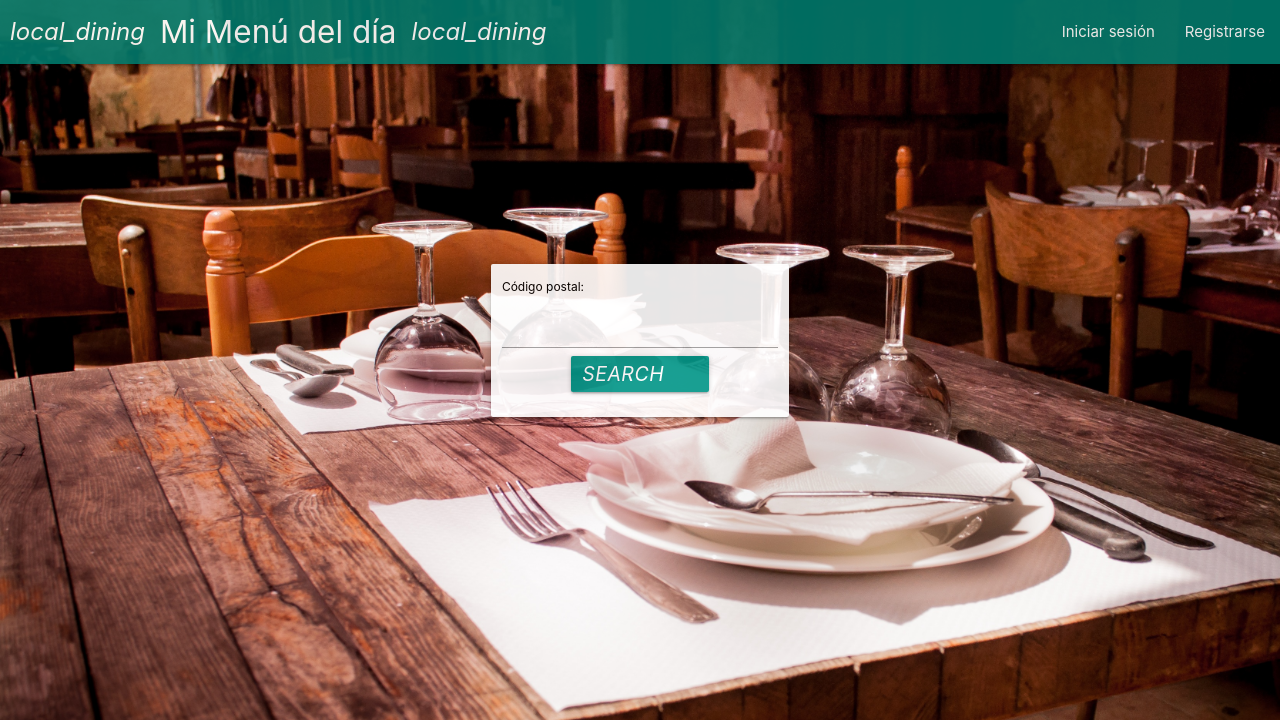
Repository: ixtab/ProyectoJavaRestaurante
Page: http://localhost/MiMenu/
These files come from the project's save history. The page is drawn as it stood at one moment and after the next save; the edit follows.
The browser window is 1280 px wide. The pictures show the whole page.
The page is served by Tomcat 9.

Above is the page before, as saved 2019-03-17 22:46:35.

After the next save:
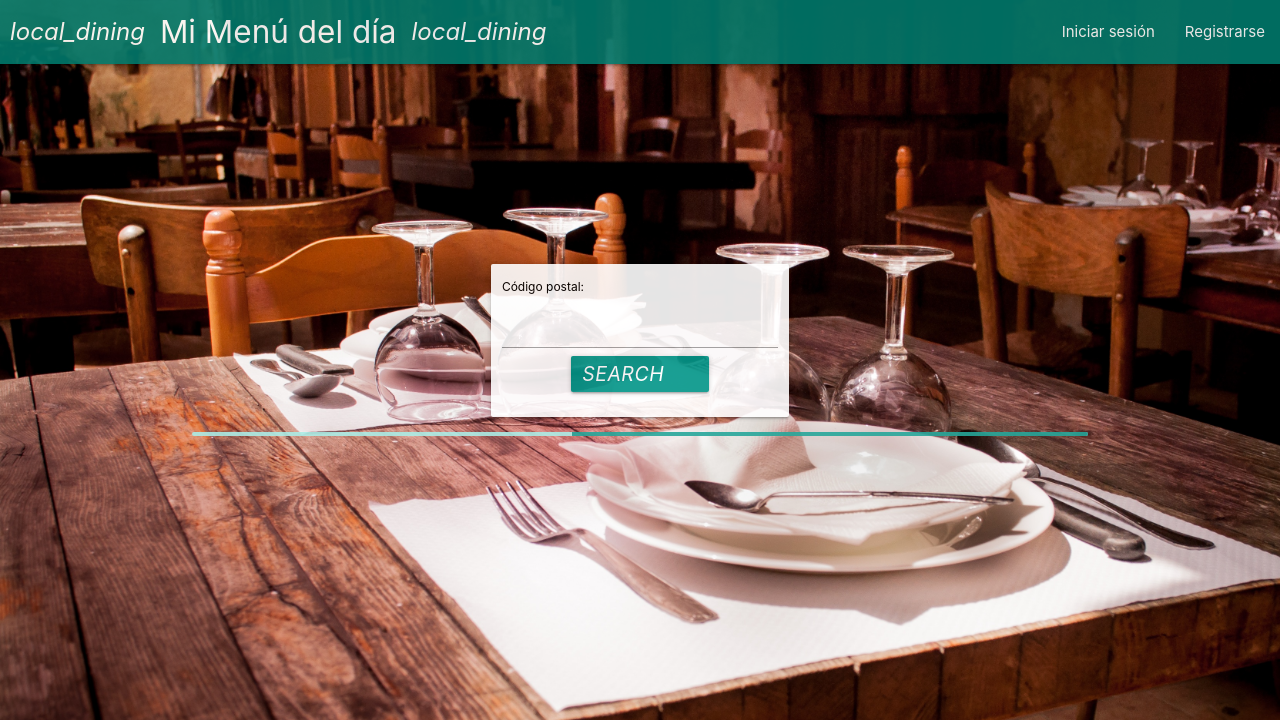
Saved 2 min 0 s later.
--- a/MiMenu/WebContent/index.jsp
+++ b/MiMenu/WebContent/index.jsp
@@ -33,6 +33,7 @@
 				<a class=" margen-inferior waves-effect waves-light btn teal col s6 offset-s3 hoverable" onclick="buscar()"><i class="material-icons left">search</i>Buscar</a>
 			</form>
 		</div>
+		<div class="progress"><div class="indeterminate"></div></div>
 
 		<div id="cont2" class=" card-panel col s8 offset-s2">
 		</div>

After the 5 saves that followed:
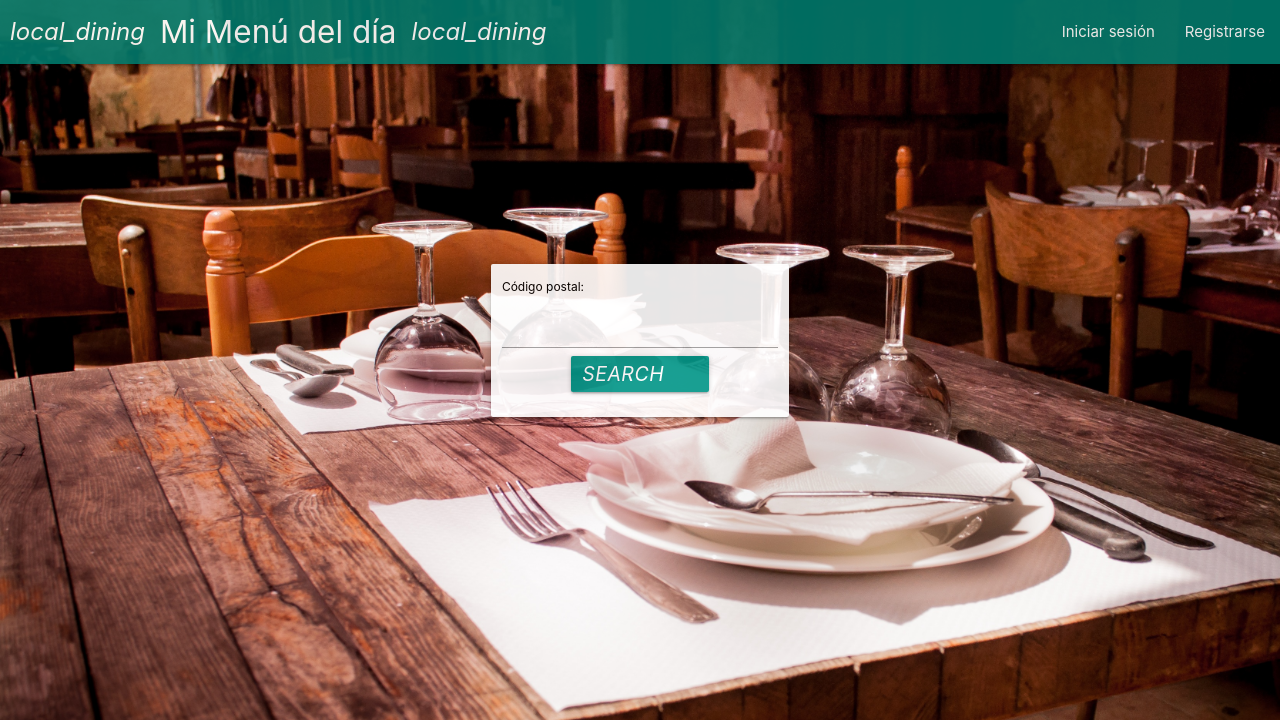
The 5 saves are shown as one change because 3 left the picture as it was and some came seconds apart.
The last was saved 85 s later.
--- a/MiMenu/WebContent/index.jsp
+++ b/MiMenu/WebContent/index.jsp
@@ -33,7 +33,7 @@
 				<a class=" margen-inferior waves-effect waves-light btn teal col s6 offset-s3 hoverable" onclick="buscar()"><i class="material-icons left">search</i>Buscar</a>
 			</form>
 		</div>
-		<div class="progress"><div class="indeterminate"></div></div>
+		<div id = "progreso" class="progress"><div class="indeterminate"></div></div>
 
 		<div id="cont2" class=" card-panel col s8 offset-s2">
 		</div>
--- a/MiMenu/WebContent/css/style.css
+++ b/MiMenu/WebContent/css/style.css
@@ -32,9 +32,10 @@ label {
 .brand-logo {
 	padding-left: 10px !important;
 }
-#cont2{
+#cont2, #progreso{
 	display: none;
 }
+
 
 .byn{
 	color: white;
--- a/MiMenu/WebContent/js/script.js
+++ b/MiMenu/WebContent/js/script.js
@@ -7,7 +7,7 @@ function inicio(){
 function buscar(){
 
     var cp = document.getElementById("cp").value;
-    document.getElementById("consulta").innerHTML="<div class=\"progress\"><div class=\"indeterminate\"></div></div>";
+    document.getElementById("consulta").style.display = "none";
     var xhr = new XMLHttpRequest();
     var resultado = "";
     xhr.onreadystatechange = function () {
@@ -16,7 +16,7 @@ function buscar(){
 
             if (xhr.status == 200) {
             	resultado = xhr.responseText;
-            	document.getElementById("consulta").style.display = "none";
+
             	document.getElementById("cont2").style.display = "inherit";
             	document.getElementById("contenedor").classList.remove("margen-superior");
             	document.getElementById("cont2").innerHTML = resultado;
